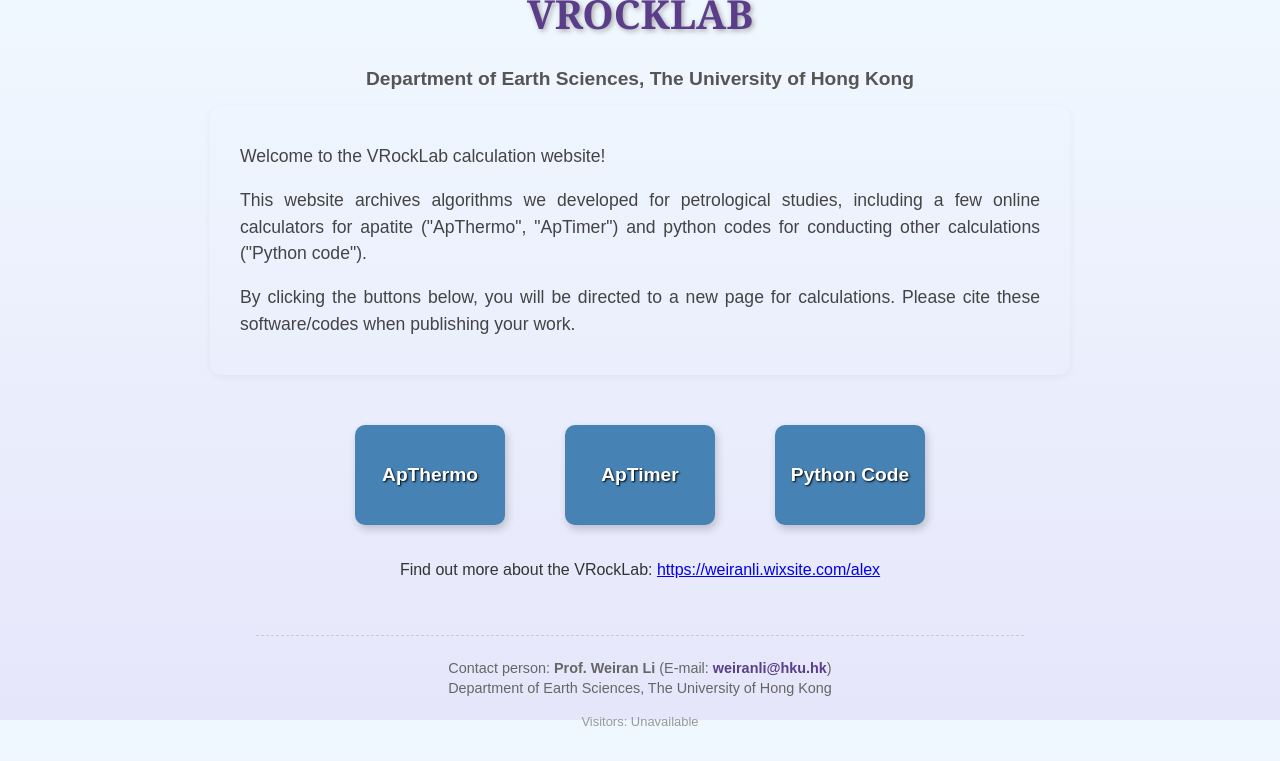
Repository: Abyss2019/home_page
Page: index.html
An editor plug-in stored every save of this project. The page is shown before and after the next save, followed by the edit.
The browser window is 1280 px wide. The pictures show the whole page.

Above is the page before, as saved 2025-04-06 12:26:40.

After the next save:
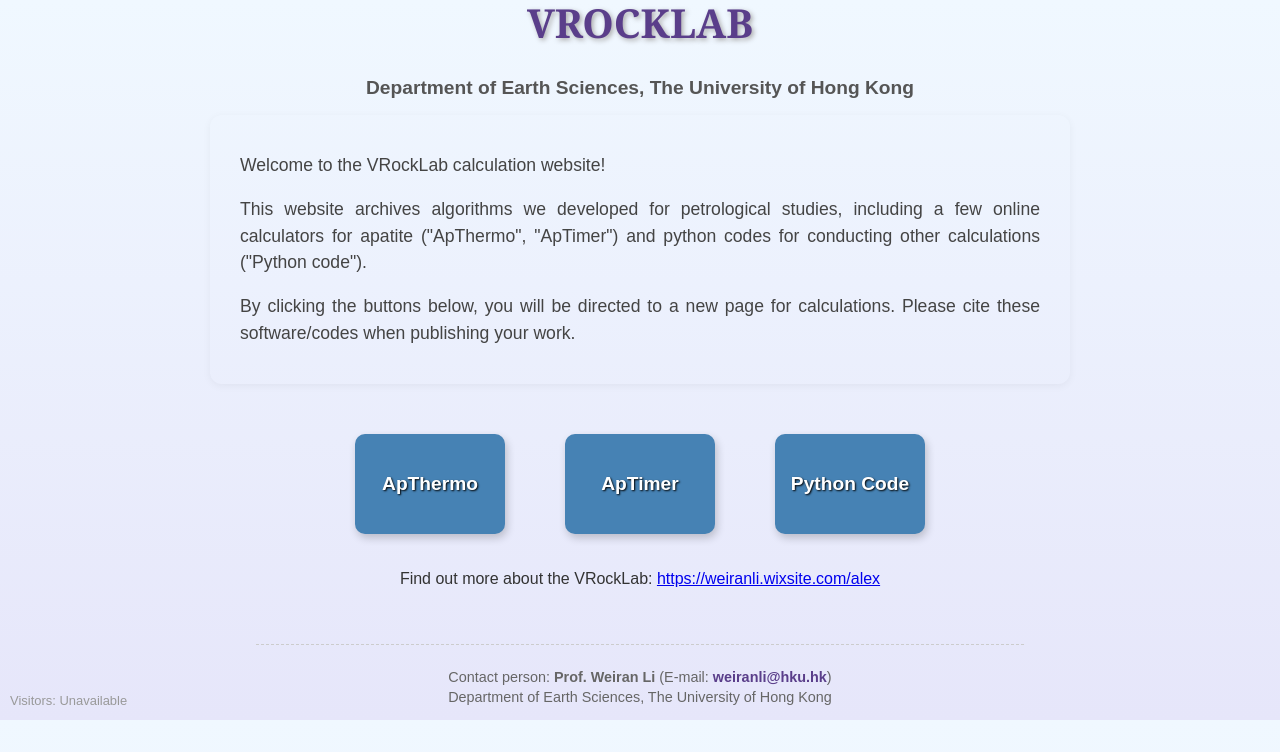
Saved 17 s later.
--- a/index.html
+++ b/index.html
@@ -139,7 +139,7 @@
             Department of Earth Sciences, The University of Hong Kong
         </p>
 
-        <div style="margin-top: 10px; font-size: 0.9em; color: #999;">
+        <div style="position: fixed; bottom: 10px; left: 10px; font-size: 0.9em; color: #999; z-index: 1000;">
         Visitors: <span id="visitor-count">Loading...</span>
         </div>
 
